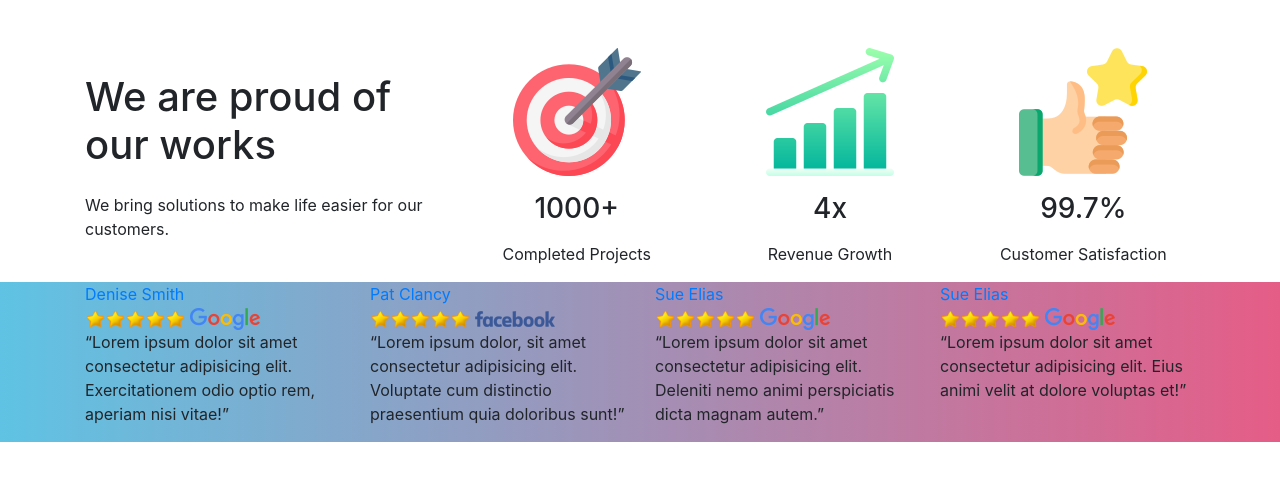
Repository: nazmulalok/review-section-1
Page: index.html
The author's editor kept a copy of each file at every save. The page is drawn from the files as they stood at one save, then again after the next save.
The browser window is 1280 px wide. The pictures show the whole page.
Some web libraries are served in a nearby version.

Above is the page before, as saved 2022-08-15 00:06:59.

After the next save:
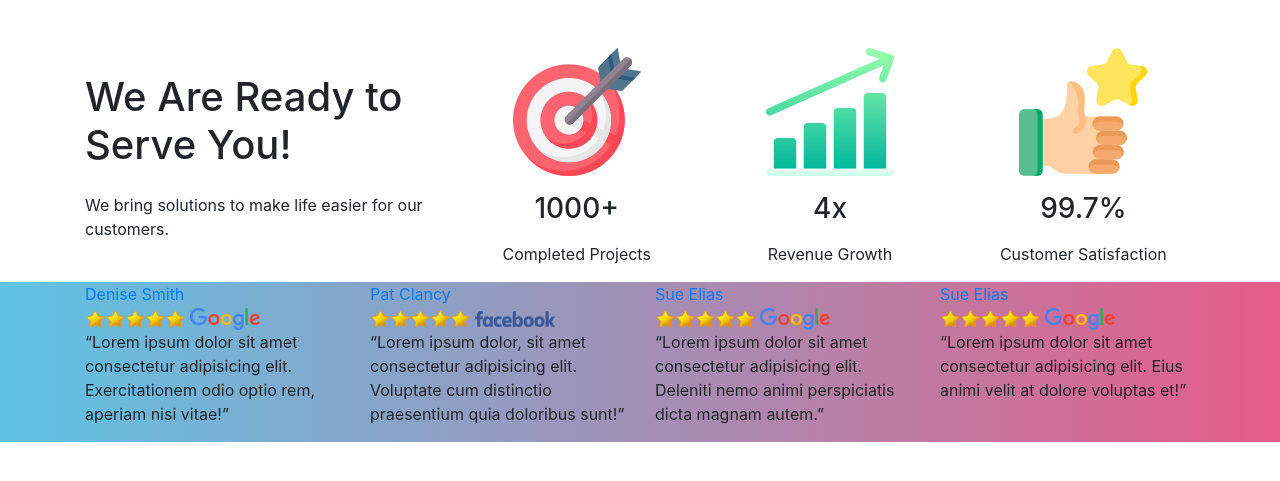
Saved 72 s later.
--- a/index.html
+++ b/index.html
@@ -24,8 +24,7 @@
             <div class="container">
                 <div class="row align-items-center">
                     <div class="col-lg-4">
-                        <h1 class="mb-4">We are proud of our works
-                        </h1>
+                        <h1 class="mb-4">We Are Ready to Serve You!</h1>
                         <p class="sec-pg">We bring solutions to make life easier for our customers.</p>
                     </div>
                     <div class="col-lg-8">
